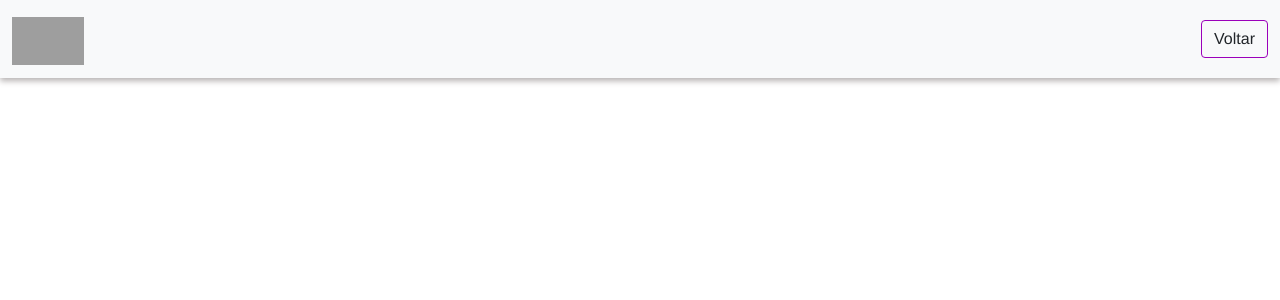
Repository: LuismGil/Countries-list
Page: /
The author's editor kept a copy of each file at every save. The page is drawn from the files as they stood at one save, then again after a run of saves.
The browser window is 1280 px wide. The pictures show the whole page.
The pointer rests on the first visible `.btn-color`.
Pictures or frames that could not be fetched are drawn as grey boxes. The project was rebuilt for these pictures with package versions that can differ from the ones it lists, and the page was loaded fresh each time.

Above is the page before, as saved 2021-05-22 19:06:58.

### public/index.html
<!DOCTYPE html>
<html lang="">
  <head>
    <meta charset="utf-8">
    <meta http-equiv="X-UA-Compatible" content="IE=edge">
    <meta name="viewport" content="width=device-width,initial-scale=1.0">
    <link rel="icon" href="<%= BASE_URL %>favicon.ico">
    <link href="https://cdn.jsdelivr.net/npm/bootstrap@5.0.1/dist/css/bootstrap.min.css" rel="stylesheet" integrity="sha384-+0n0xVW2eSR5OomGNYDnhzAbDsOXxcvSN1TPprVMTNDbiYZCxYbOOl7+AMvyTG2x" crossorigin="anonymous">
    <title><%= htmlWebpackPlugin.options.title %></title>
  </head>
  <body>
    <noscript>
      <strong>We're sorry but <%= htmlWebpackPlugin.options.title %> doesn't work properly without JavaScript enabled. Please enable it to continue.</strong>
    </noscript>
    <div id="app"></div>
    <!-- built files will be auto injected -->
  </body>
</html>

### src/App.vue
<template>
  <div id="app">
    <mv-header />

  </div>
</template>

<script>
import MvHeader from './components/MvHeader.vue';

export default {
  name: 'App',
  components: {
    MvHeader,
  },
};
</script>

<style>
#app {
  color: #2c3e50;
  font-family: Avenir, Helvetica, Arial, sans-serif;
  -webkit-font-smoothing: antialiased;
  -moz-osx-font-smoothing: grayscale;
  text-align: center;
}
</style>

### src/components/MvHeader.vue
<template>
<div>
  <nav class="navbar navbar-light bg-light navbar-shadow">
  <div class="container-fluid">
    <a class="navbar-brand" href="#">
      <img src="https://mova.vc/img/footer_mova.svg" alt="Mova Logo" width="72" height="48" class="d-inline-block align-text-top">
    </a>
    <mv-button></mv-button>
  </div>
  </nav>
</div>
</template>

<script>
import MvButton from './MvButton.vue';

export default {
  name: 'MvHeader',
  components: {
    MvButton,
  },

};
</script>

<style>
.navbar-shadow {
  box-shadow: 0px 3px 6px 0px #b6b2b2;
}
</style>

### src/components/MvButton.vue
<template>
  <div>
    <button type="button" class="btn btn-outline btn-color">Voltar</button>
  </div>
</template>

<script>
export default {

};
</script>

<style>
.btn-color {
  border-color: rgb(155, 0, 186);
  color: rgb(155, 0, 186);
}

.btn-color:hover {
  color: #000
  background-color: rgb(155, 0, 186);
}

</style>

Loaded but not shown: src/main.js (common file)

After the next 2 saves:
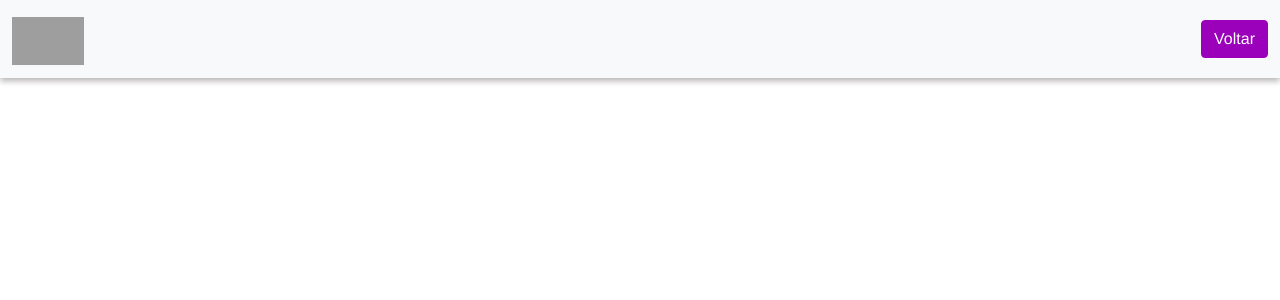
The 2 saves are shown as one change because they came seconds apart.
The last was saved 7 s later.
--- a/src/components/MvButton.vue
+++ b/src/components/MvButton.vue
@@ -17,7 +17,7 @@
 }
 
 .btn-color:hover {
-  color: #000
+  color: #fff;
   background-color: rgb(155, 0, 186);
 }
 
